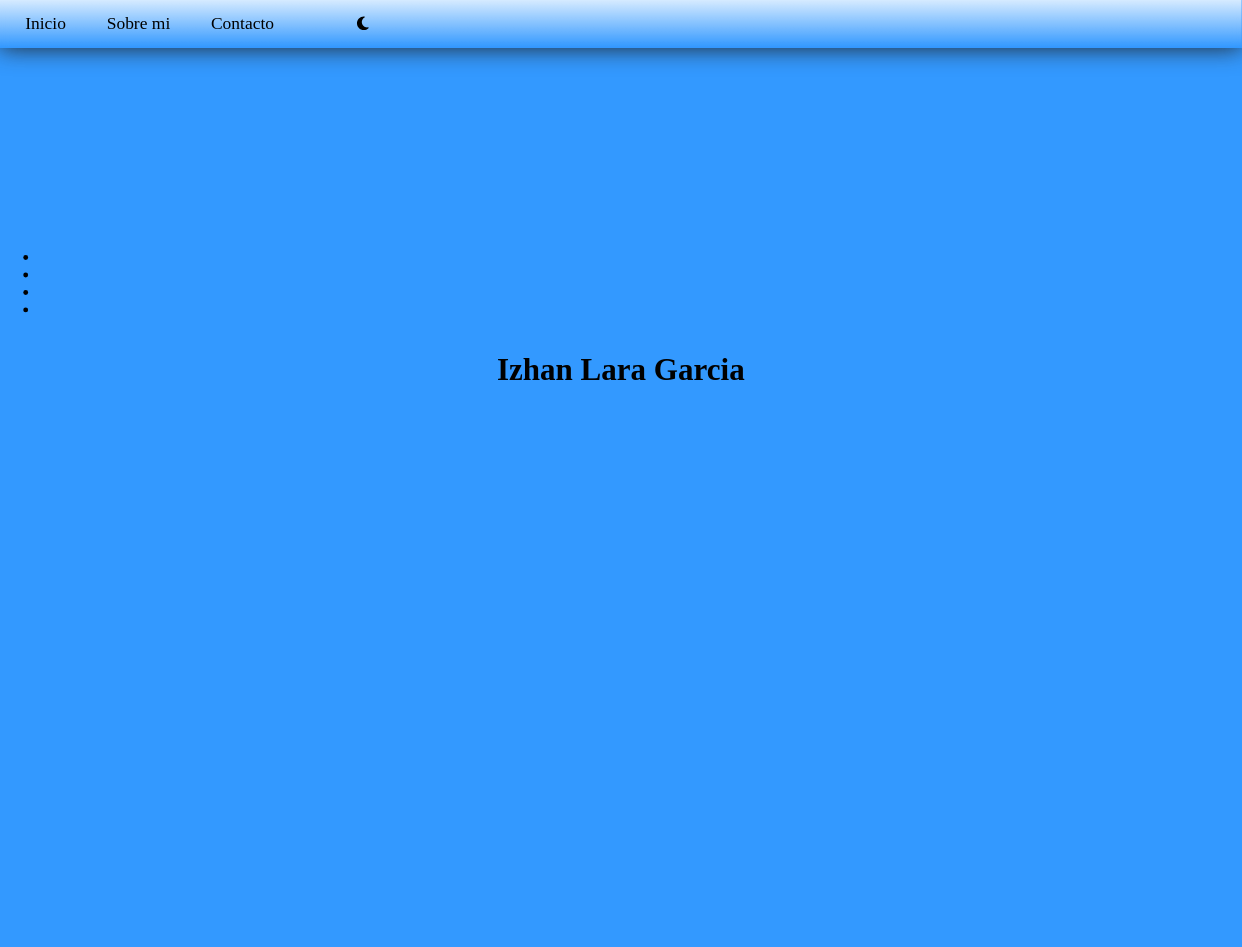
Repository: izhanlaraagarcia/izhanlaraagarcia.github.io
Page: / (app in vite-project/)
The author's editor kept a copy of each file at every save. The page is drawn from the files as they stood at one save, then again after the next save.
The browser window is 1280 px wide. The pictures show the whole page, at 97% of full size.
The project was rebuilt for these pictures with package versions that can differ from the ones it lists, and the page was loaded fresh each time. Also part of the build but not shown: vite-project/vite.config.js, vite-project/src/pages/About/styles/about.scss, vite-project/src/pages/About/about.jsx, vite-project/src/pages/Contact/contact.jsx.

Above is the page before, as saved 2024-08-19 12:28:57.

### vite-project/index.html
<!doctype html>
<html lang="en">
  <head>
    <meta charset="UTF-8" />
    <meta name="viewport" content="width=device-width, initial-scale=1.0" />
    <title>Izhan Lara Garcia</title>
  </head>
  <body>
    <div id="root"></div>
    <script type="module" src="/src/main.jsx"></script>
  </body>
</html>

### vite-project/src/App.jsx
import React from "react";
import { BrowserRouter as Router, Route, Routes } from "react-router-dom";
import Menu from "./Componentes-Generales/menu.jsx";
import Inicio from "./Home/Inicio.jsx";
import About from "./pages/About/about.jsx";
import Contact from "./pages/Contact/contact.jsx";
import { ThemeProvider } from "./Constants/themaContext.jsx";

import { library } from "@fortawesome/fontawesome-svg-core";
import { fas } from "@fortawesome/free-solid-svg-icons";

library.add(fas);

class App extends React.Component {
  render() {
    return (
      <ThemeProvider>
        <Router>
          <Menu />
          <Routes>
            <Route path="/" element={<Inicio />} />
            <Route path="/sobre-mi" element={<About />} />
            <Route path="/contacto" element={<Contact />} />
          </Routes>
        </Router>
      </ThemeProvider>
    );
  }
}

export default App;

### vite-project/src/index.css
/* :root {
  font-family: Inter, system-ui, Avenir, Helvetica, Arial, sans-serif;
  line-height: 1.5;
  font-weight: 400;

  color-scheme: light dark;
  color: rgba(255, 255, 255, 0.87);
  background-color: #242424;

  font-synthesis: none;
  text-rendering: optimizeLegibility;
  -webkit-font-smoothing: antialiased;
  -moz-osx-font-smoothing: grayscale;
}

a {
  font-weight: 500;
  color: #646cff;
  text-decoration: inherit;
}

a:hover {
  color: #535bf2;
}



h1 {
  font-size: 3.2em;
  line-height: 1.1;
}

button {
  border-radius: 8px;
  border: 1px solid transparent;
  padding: 0.6em 1.2em;
  font-size: 1em;
  font-weight: 500;
  font-family: inherit;
  background-color: #1a1a1a;
  cursor: pointer;
  transition: border-color 0.25s;
}

button:hover {
  border-color: #646cff;
}

button:focus,
button:focus-visible {
  outline: 4px auto -webkit-focus-ring-color;
}

@media (prefers-color-scheme: light) {
  :root {
    color: #213547;
    background-color: #ffffff;
  }

  a:hover {
    color: #747bff;
  }

  button {
    background-color: #f9f9f9;
  }
} */

body {
  right: 0;
  margin: 0%;
  width: 100%;
  margin-top: 20%;
  text-align: center;
  min-width: 320px;
  min-height: 100vh;

}

button {
  border-radius: 8px;
  border: 1px solid transparent;
  padding: 0.6em 1.2em;
  font-size: 1em;
  font-weight: 500;
  font-family: inherit;
  background-color: #1a1a1a;
  cursor: pointer;
  transition: border-color 0.25s;
}

### vite-project/src/Componentes-Generales/menu.jsx
import React from "react";
import { Link } from "react-router-dom";
import "./styles/menu.scss";
import TemaComponent from "./thema";
import { useTheme } from "../Constants/themaContext";

// import { LANGUAGES } from "../Constants/lenguaje";

const Menu = () => {
  const { dark } = useTheme();
  return (
    <header>
      <nav className={`menu ${dark ? 'dark-mode' : 'light-mode'}`}>
        <ul>
          <li>
            <Link to="/">Inicio</Link>
            <i className="fas fa-address-card" aria-hidden="true"></i>
          </li>
          <li>
            <Link to="/sobre-mi">Sobre mi</Link>
          </li>
          <li>
            <Link to="/contacto">Contacto</Link>
          </li>
          <li>
            <TemaComponent />
          </li>
        </ul>
      </nav>
    </header>
  );
};

export default Menu;

### vite-project/src/Home/Inicio.jsx
import React from "react";
import "./Styles/estilos.scss";
import Background from "../Componentes-Generales/background";

import SocialMedia from "../Componentes-Generales/social"

const Inicio = () => {
  return (
    <div className="portfolio">
      <header>
        <h1>Izhan Lara Garcia</h1>
      </header>
      <div className="social-media-container">
        <SocialMedia/>
      </div>
      <Background/>
    </div>
  );
};

export default Inicio;

### vite-project/src/Constants/themaContext.jsx
import React, { createContext, useState, useContext } from "react";

const ThemeContext = createContext();

export const useTheme = () => useContext(ThemeContext);

export const ThemeProvider = ({ children }) => {
  const [dark, setDark] = useState(false);

  const toggleTheme = () => {
    setDark((prevDark) => !prevDark);
  };

  return (
    <ThemeContext.Provider value={{ dark, toggleTheme }}>
      {children}
    </ThemeContext.Provider>
  );
};

### vite-project/src/Componentes-Generales/styles/menu.scss
/* src/Componentes-Generales/styles/menu.css */

nav {
  top: 0;
  right: 0;
  margin: 0;
  padding: 0;
  position: fixed;
  width: 100%;
  background: linear-gradient(to bottom, rgba(255, 255, 255, 0.8), rgba(255, 255, 255, 0)) no-repeat;
  backdrop-filter: blur(5px);
  box-shadow: 0px 0px 25px #222;
  z-index: 10;

}

nav ul {
  list-style-type: none;
  padding: 0;
  margin: 0;
  display: flex;
  align-items: center;
}

nav li {
  margin-left: 10px;
}

nav a {
  display: flex;
  align-items: center;
  text-align: center;
  padding: 14px 16px;
  text-decoration: none;
  font-size: 18px;
  color: inherit;
  position: relative;
  overflow: hidden;
  transition: color 0.3s;
}

nav a:hover {
  color: #00aaff;
}

.fa-icon {
  margin-left: 8px;
}

.light-mode {
  color: black;
}

.dark-mode {
  color: white;
}

body {
  transition: background-color 0.5s, color 0.5s;
}

#tema {
  margin-left: 10px;
}

### vite-project/src/Componentes-Generales/thema.jsx
// TemaComponent.jsx
import React from "react";
import { FontAwesomeIcon } from "@fortawesome/react-fontawesome";
import { faSun, faMoon } from "@fortawesome/free-solid-svg-icons";
import { useTheme } from "../Constants/themaContext"; // Asegúrate de importar correctamente

const TemaComponent = () => {
  const { dark, toggleTheme } = useTheme();

  const handleClick = () => {
    toggleTheme();
    if (dark) {
      document.body.style.backgroundColor = "white";
      document.body.classList.remove("dark-mode");
      document.body.classList.add("light-mode");
    } else {
      document.body.style.backgroundColor = "black";
      document.body.classList.remove("light-mode");
      document.body.classList.add("dark-mode");
    }
  };

  return (
    <button
      id="tema"
      style={{
        cursor: "pointer",
        background: "none",
        border: "none",
        outline: "none",
        marginLeft: "80%",
      }}
      onClick={handleClick}
      aria-label={dark ? "Cambiar al modo claro" : "Cambiar al modo oscuro"}
    >
      <FontAwesomeIcon
        icon={dark ? faSun : faMoon}
        style={{ color: dark ? "white" : "inherit" }}
      />
    </button>
  );
};

export default TemaComponent;

### vite-project/src/Home/Styles/estilos.scss
h1 {
  text-align: center;
}

h1 {
  position: absolute;
  top: 50%;
  left: 50%;
  transform: translate(-50%, -50%);
  text-align: center;
}

### vite-project/src/Componentes-Generales/background.jsx
import React from "react";
import "./styles/background.scss";

class Background extends React.Component {
  render() {
    return (
      <div></div>
    );
  }
}

export default Background;

### vite-project/src/Componentes-Generales/social.jsx
import React from 'react';

import "./styles/timelinecss.scss"

const SocialMedia = () => {
  return (
    <div className="social-media-container">
      <ul>
        <li>
          <a href="https://www.linkedin.com/in/izhan-lara-garcia/" target="_blank" rel="noopener noreferrer">
            <i className="fab fa-linkedin-in" />
          </a>
        </li>
        <li>
          <a href="https://github.com/izhanlg" target="_blank" rel="noopener noreferrer">
            <i className="fab fa-github" />
          </a>
        </li>
        <li>
          <a href="https://twitter.com/izhanlg" target="_blank" rel="noopener noreferrer">
            <i className="fab fa-twitter" />
          </a>
        </li>
        <li>
          <a href="https://www.instagram.com/izhanlg/" target="_blank" rel="noopener noreferrer">
            <i className="fab fa-instagram" />
          </a>
        </li>
        {/* Agrega más redes sociales aquí */}
      </ul>
    </div>
  );
};

export default SocialMedia;

### vite-project/src/Componentes-Generales/styles/background.scss
body{
  background: #3399ff;
}


.circle{
  position: absolute;
  border-radius: 50%;
  background: white;
  animation: ripple 15s infinite;
  box-shadow: 0px 0px 1px 0px #508fb9;
}

.small{
  width: 200px;
  height: 200px;
  left: -100px;
  bottom: -100px;
}

.medium{
  width: 400px;
  height: 400px;
  left: -200px;
  bottom: -200px;
}

.large{
  width: 600px;
  height: 600px;
  left: -300px;
  bottom: -300px;
}

.xlarge{
  width: 800px;
  height: 800px;
  left: -400px;
  bottom: -400px;
}

.xxlarge{
  width: 1000px;
  height: 1000px;
  left: -500px;
  bottom: -500px;
}

.shade1{
  opacity: 0.2;
}
.shade2{
  opacity: 0.5;
}

.shade3{
  opacity: 0.7;
}

.shade4{
  opacity: 0.8;
}

.shade5{
  opacity: 0.9;
}

@keyframes ripple{
  0%{
    transform: scale(0.8);
  }

  50%{
    transform: scale(1.2);
  }

  100%{
    transform: scale(0.8);
  }
}

### vite-project/src/Componentes-Generales/styles/timelinecss.scss
.social-media-container{
    margin-top: 20%;
}

Loaded but not shown: vite-project/src/main.jsx (common file)

After the next save:
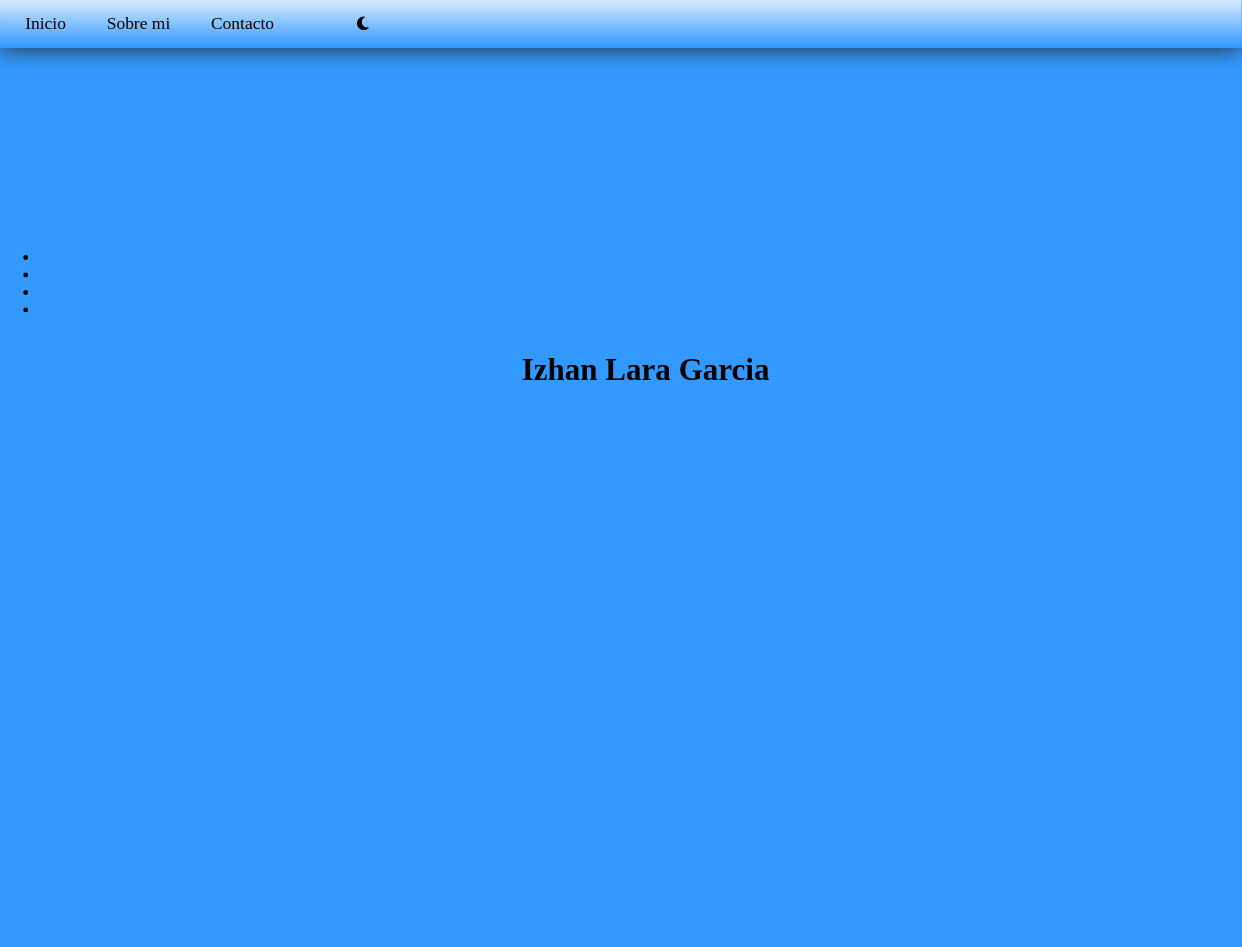
Saved 30 s later.
--- a/vite-project/src/Home/Styles/estilos.scss
+++ b/vite-project/src/Home/Styles/estilos.scss
@@ -6,6 +6,6 @@ h1 {
   position: absolute;
   top: 50%;
   left: 50%;
-  transform: translate(-50%, -50%);
+  transform: translate(-40%, -50%);
   text-align: center;
 }

After the 2 saves that followed:
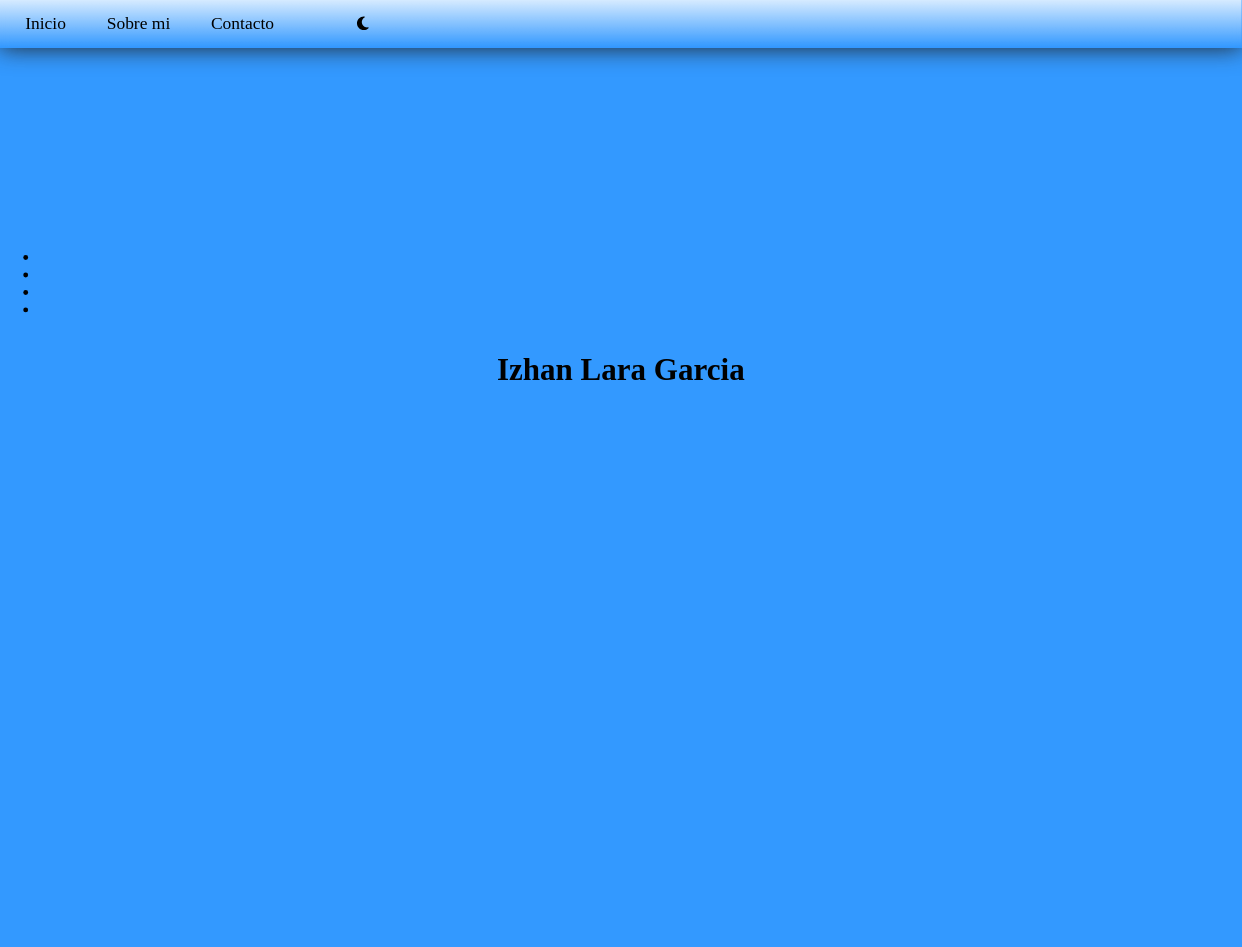
The 2 saves are shown as one change because they came seconds apart.
The last was saved 9 s later.
--- a/vite-project/src/Home/Styles/estilos.scss
+++ b/vite-project/src/Home/Styles/estilos.scss
@@ -6,6 +6,6 @@ h1 {
   position: absolute;
   top: 50%;
   left: 50%;
-  transform: translate(-40%, -50%);
+  transform: translate(-50%, -50%);
   text-align: center;
 }
